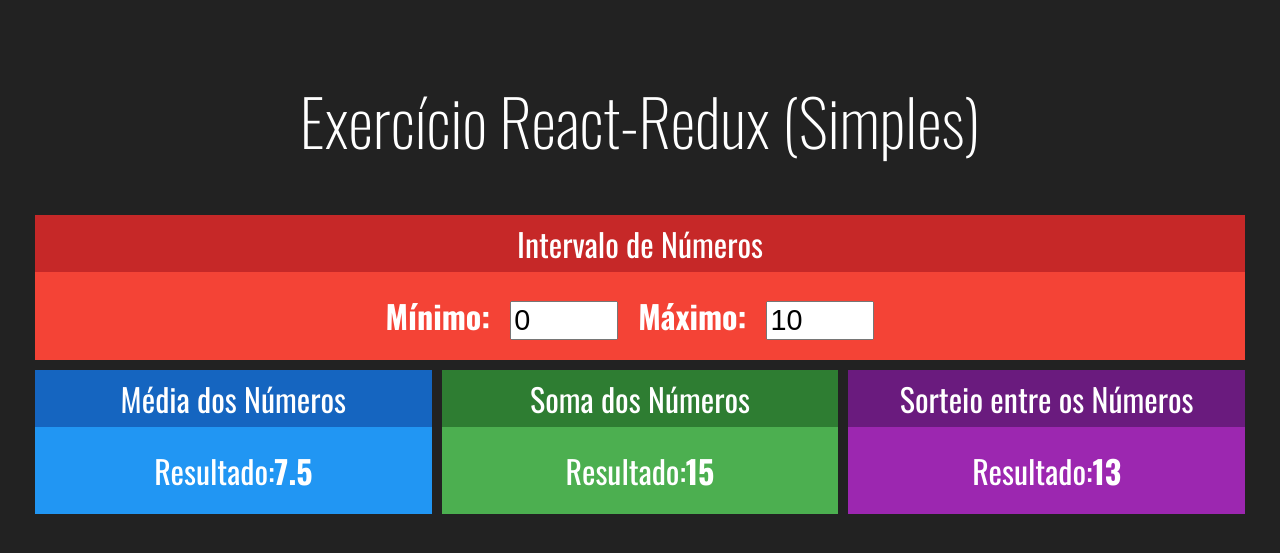
Repository: WellysonP/testando-react-redux
Page: /
An editor plug-in stored every save of this project. The page is shown before and after the next save, followed by the edit.
The browser window is 1280 px wide. The pictures show the whole page.
The project was rebuilt for these pictures with package versions that can differ from the ones it lists, and the page was loaded fresh each time.

Above is the page before, as saved 2023-01-13 12:16:58.

After the next save:
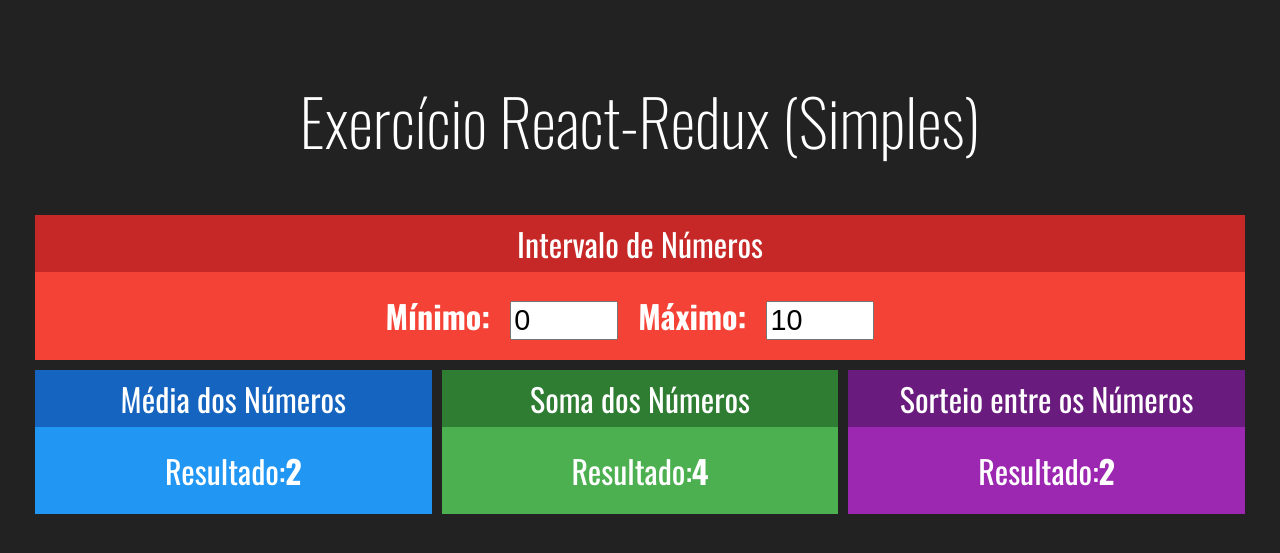
Saved 21 s later.
--- a/src/store/storeConfig.js
+++ b/src/store/storeConfig.js
@@ -4,8 +4,8 @@ const reducers = combineReducers({
     numeros: function(state, action){
         // console.log(state, " ", action)
         return{
-            min:7,
-            max:8
+            min:1,
+            max:3
         }
     }
 })
